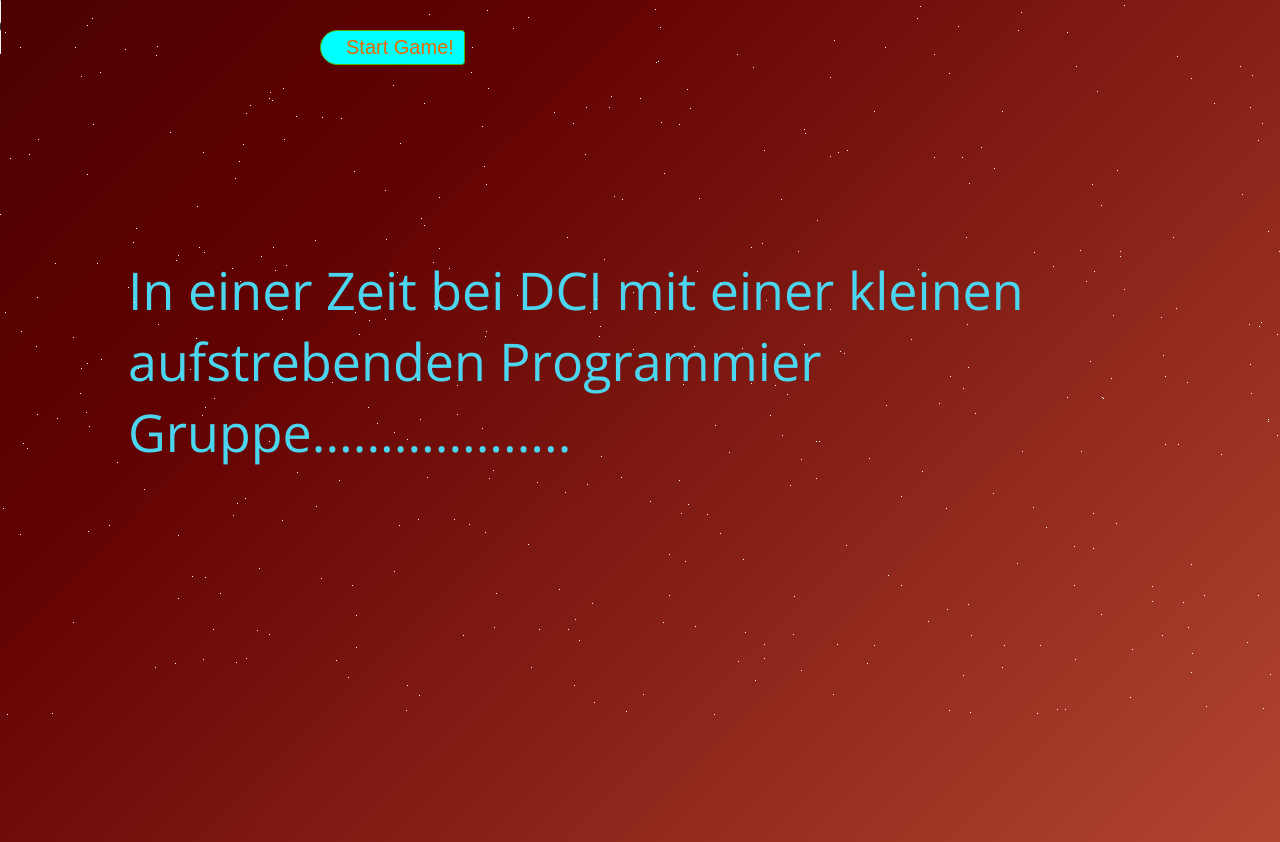
Repository: Der-Metatron/Projekt-Omega-Sprotte
Page: /
These files come from the project's save history. The page is drawn as it stood at one moment and after the next save; the edit follows.
The browser window is 1280 px wide. The pictures show the whole page.
The project was rebuilt for these pictures with package versions that can differ from the ones it lists, and the page was loaded fresh each time. Also part of the build but not shown: src/services/game-control.js, src/components/GameCanvas.jsx, src/components/Footer.jsx.

Above is the page before, as saved 2022-06-23 20:49:19.

After the next save:
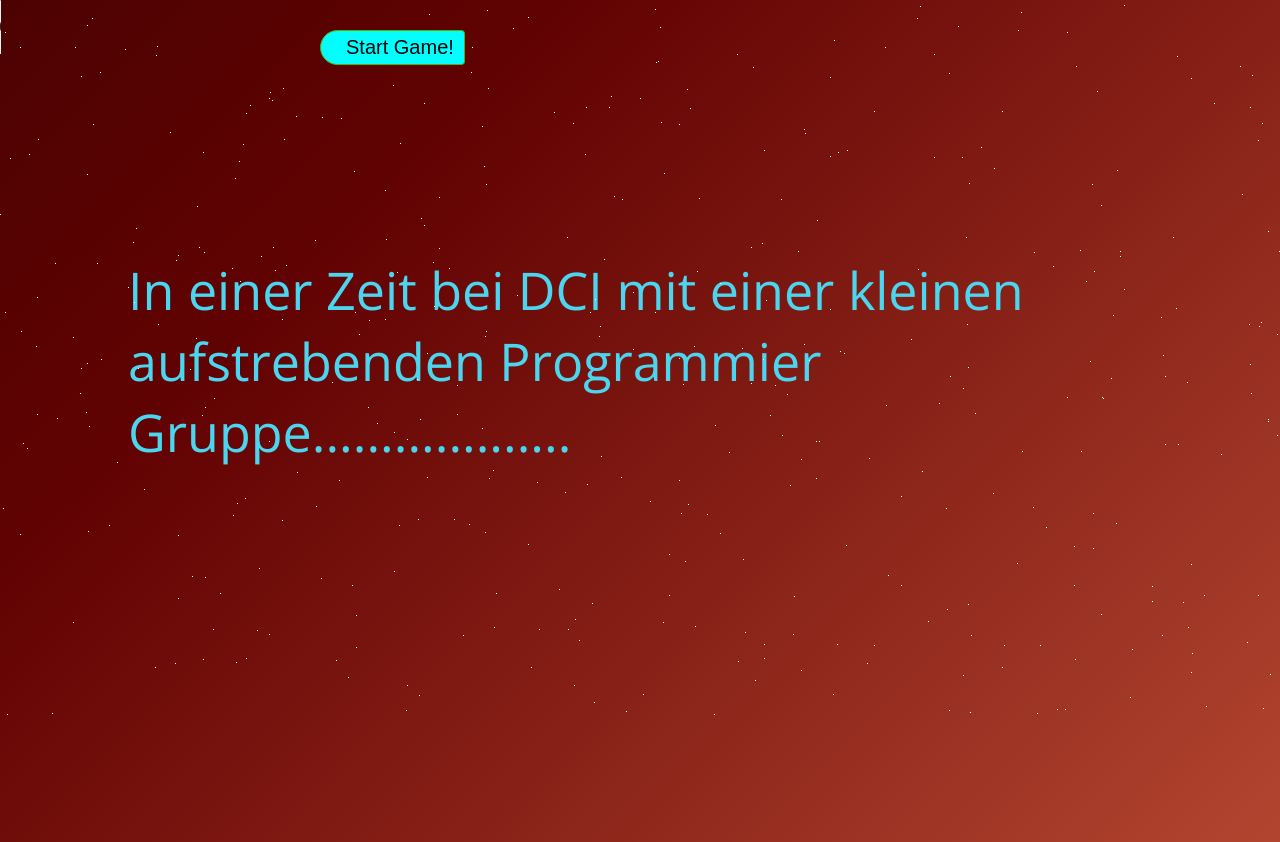
Saved 5 s later.
--- a/src/components/Welcome.css
+++ b/src/components/Welcome.css
@@ -137,7 +137,7 @@
   border: 1px solid #56ae00;
   border-radius: 25px 5px 5px 25px;
   background-color: aqua;
-  color: #e96901;
+  color: #000000;
   padding: 5px 10px 5px 25px;
 }
 .startbutton:hover {
